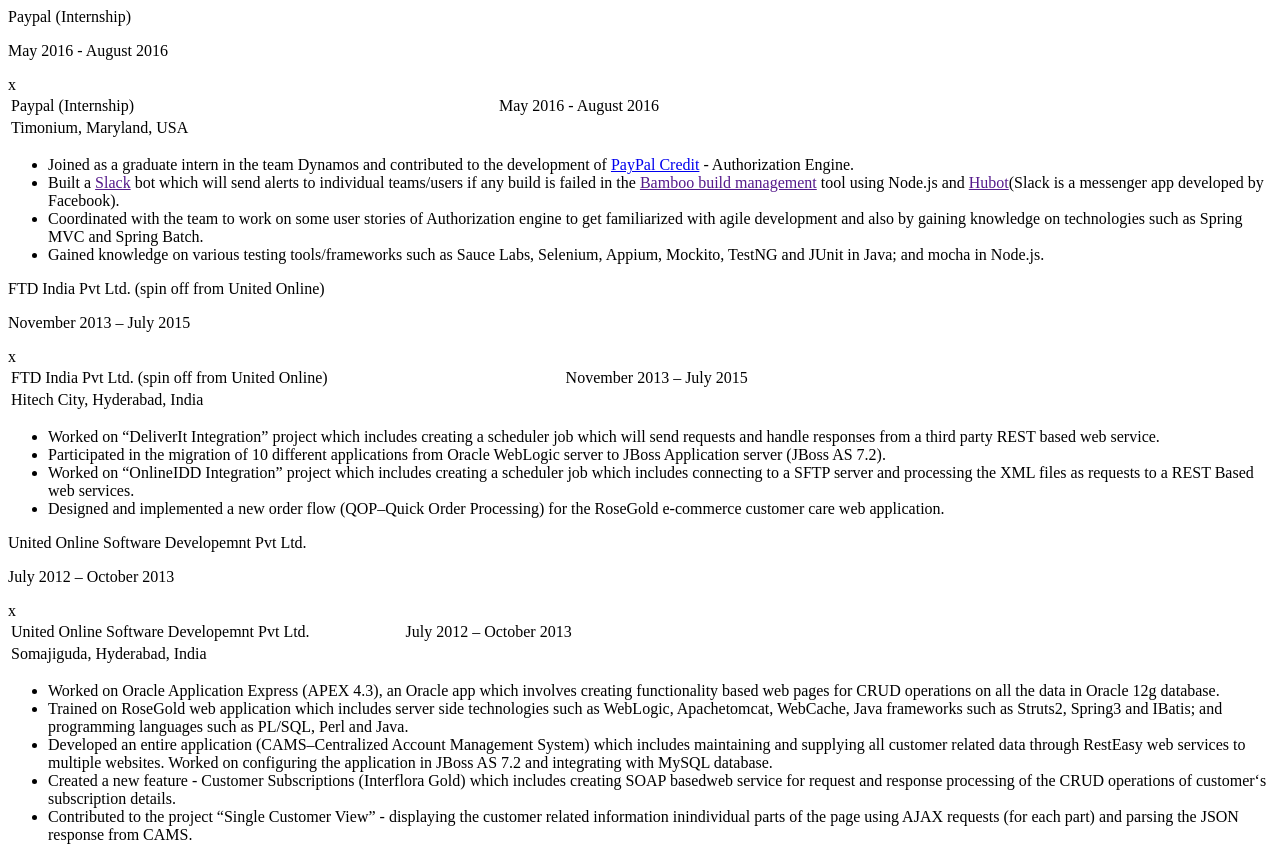
Repository: phanindrakannaji/Resume
Page: http://localhost/application/pages/experience.php
An editor plug-in stored every save of this project. The page is shown before and after the next save, followed by the edit.
The browser window is 1280 px wide. The pictures show the whole page.
The page is run by PHP 8.4 with error messages shown; the project is at /var/www/html/.

Above is the page before, as saved 2016-09-25 19:05:26.
Console error: ReferenceError: $ is not defined

### Resume/application/pages/experience.php
<script type="text/javascript"
	src="../resources/scripts/refreshScript.js"></script>
<div class="divExperience customfont2">
	<div class="divExperienceHeading">
		<p class="expHeading">Paypal (Internship)</p>
		<p class="expHeadingContent">May 2016 - August
			2016</p>
	</div>
	<div class="divExperienceWork modal">
		<div class="modal-content">
			<span class="close">x</span>
			<table>
				<tr>
					<td class="customfont2 smalltext" width="75%">Paypal (Internship)</td>
					<td class="customfont2 smalltext" width="25%">May 2016 - August 2016</td>
				</tr>
				<tr>
					<td class="customfont2 smalltext">Timonium, Maryland, USA</td>
				</tr>
			</table>
			<ul>
				<li>Joined as a graduate intern in the team Dynamos and contributed
					to the development of <a
					href="https://en.wikipedia.org/wiki/PayPal_Credit" target="blank">PayPal
						Credit</a> - Authorization Engine.
				</li>
				<li>Built a <a href="" target="blank">Slack</a> bot which will send
					alerts to individual teams/users if any build is failed in the <a
					href="" target="blank">Bamboo build management</a> tool using
					Node.js and <a href="" target="blank">Hubot</a>(Slack is a
					messenger app developed by Facebook).
				</li>
				<li>Coordinated with the team to work on some user stories of
					Authorization engine to get familiarized with agile development and
					also by gaining knowledge on technologies such as Spring MVC and
					Spring Batch.</li>
				<li>Gained knowledge on various testing tools/frameworks such as
					Sauce Labs, Selenium, Appium, Mockito, TestNG and JUnit in Java;
					and mocha in Node.js.</li>
			</ul>
		</div>
	</div>
</div>

<div class="divExperience customfont2">
	<div class="divExperienceHeading">
		<p class="expHeading">FTD India Pvt Ltd. (spin off from United Online)</p>
		<p class="expHeadingContent">November 2013 –
			July 2015</p>
	</div>
	<div class="divExperienceWork modal">
		<div class="modal-content">
			<span class="close">x</span>
			<table>
				<tr>
					<td class="customfont2 smalltext" width="75%">FTD India Pvt Ltd. (spin off from United Online)</td>
					<td class="customfont2 smalltext" width="25%">November 2013 – July 2015</td>
				</tr>
				<tr>
					<td class="customfont2 smalltext">Hitech City, Hyderabad, India</td>
				</tr>
			</table>


			<ul>
				<li>Worked on “DeliverIt Integration” project which includes
					creating a scheduler job which will send requests and handle
					responses from a third party REST based web service.</li>
				<li>Participated in the migration of 10 different applications from
					Oracle WebLogic server to JBoss Application server (JBoss AS 7.2).</li>
				<li>Worked on “OnlineIDD Integration” project which includes
					creating a scheduler job which includes connecting to a SFTP server
					and processing the XML files as requests to a REST Based web
					services.</li>
				<li>Designed and implemented a new order flow (QOP–Quick Order
					Processing) for the RoseGold e-commerce customer care web
					application.</li>
			</ul>
		</div>
	</div>
</div>

<div class="divExperience customfont2">
	<div class="divExperienceHeading">
		<p class="expHeading">United Online Software Developemnt Pvt Ltd.</p>
		<p class="expHeadingContent">July 2012 – October
			2013</p>
	</div>
	<div class="divExperienceWork modal">
		<div class="modal-content">
			<span class="close">x</span>
			<table>
				<tr>
					<td class="customfont2 smalltext" width="70%">United Online Software Developemnt Pvt Ltd.</td>
					<td class="customfont2 smalltext" >July 2012 – October 2013</td>
				</tr>
				<tr>
					<td class="customfont2 smalltext">Somajiguda, Hyderabad, India</td>
				</tr>
			</table>
			<ul>
				<li>Worked on Oracle Application Express (APEX 4.3), an Oracle app
					which involves creating functionality based web pages for CRUD
					operations on all the data in Oracle 12g database.</li>
				<li>Trained on RoseGold web application which includes server side
					technologies such as WebLogic, Apachetomcat, WebCache, Java
					frameworks such as Struts2, Spring3 and IBatis; and programming
					languages such as PL/SQL, Perl and Java.</li>
				<li>Developed an entire application (CAMS–Centralized Account
					Management System) which includes maintaining and supplying all
					customer related data through RestEasy web services to multiple
					websites. Worked on configuring the application in JBoss AS 7.2 and
					integrating with MySQL database.</li>
				<li>Created a new feature - Customer Subscriptions (Interflora Gold)
					which includes creating SOAP basedweb service for request and
					response processing of the CRUD operations of customer‘s
					subscription details.</li>
				<li>Contributed to the project “Single Customer View” - displaying
					the customer related information inindividual parts of the page
					using AJAX requests (for each part) and parsing the JSON response
					from CAMS.</li>
			</ul>
		</div>
	</div>
</div>
<script type="text/javascript" src="../resources/scripts/experience.js"></script>

### Resume/resources/scripts/refreshScript.js
$(document).ready(function(){
	$("#commandInput").keypress(function(e){
		keypressInBox(e);
	});
	$("#commandInput").focus();
})

### Resume/resources/scripts/experience.js
$(document).ready(function(){
	$('.divExperienceHeading').click(function(){
		$(this).parent().children().last().css("display", "block");
	});
	var span = $(".close")[0];
	$(".close").click(function() {
	    $(this).parent().parent().css("display", "none");
	});
});

After the next save:
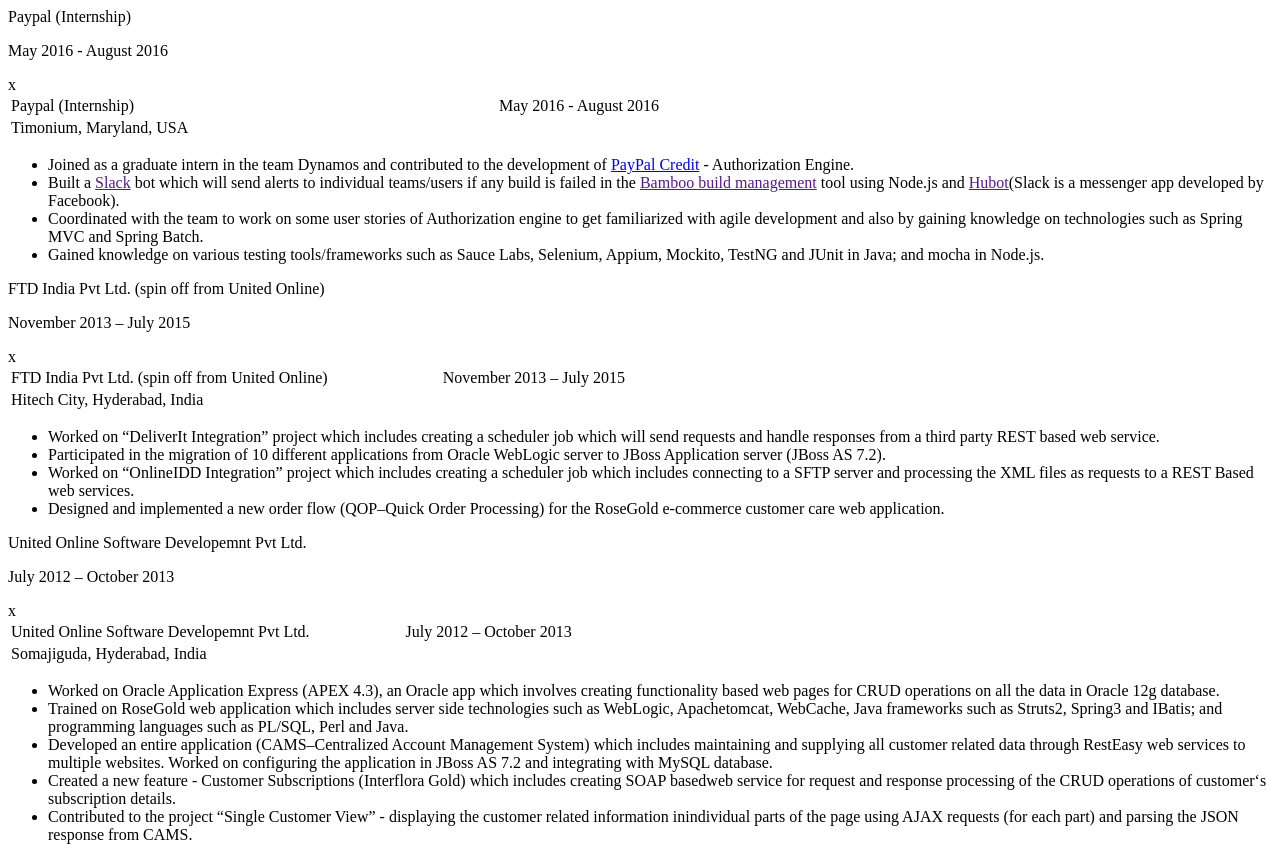
Saved 7 s later.
--- a/Resume/application/pages/experience.php
+++ b/Resume/application/pages/experience.php
@@ -53,8 +53,8 @@
 			<span class="close">x</span>
 			<table>
 				<tr>
-					<td class="customfont2 smalltext" width="75%">FTD India Pvt Ltd. (spin off from United Online)</td>
-					<td class="customfont2 smalltext" width="25%">November 2013 – July 2015</td>
+					<td class="customfont2 smalltext" width="70%">FTD India Pvt Ltd. (spin off from United Online)</td>
+					<td class="customfont2 smalltext" >November 2013 – July 2015</td>
 				</tr>
 				<tr>
 					<td class="customfont2 smalltext">Hitech City, Hyderabad, India</td>
